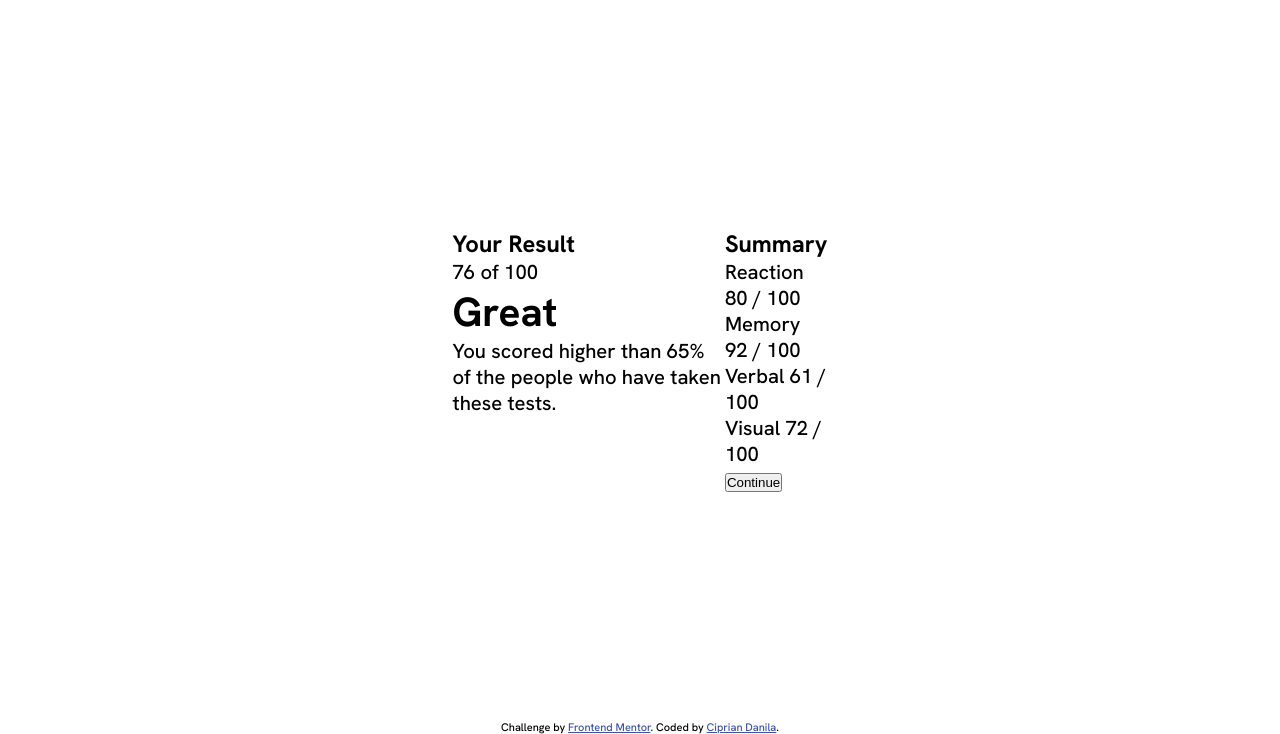
Repository: cipdanila/results-summary-component
Page: index.html
An editor plug-in stored every save of this project. The page is shown before and after the next save, followed by the edit.
The browser window is 1280 px wide. The pictures show the whole page.

Above is the page before, as saved 2024-02-01 20:21:04.

### index.html
<!DOCTYPE html>
<html lang="en">
    <head>
        <meta charset="UTF-8" />
        <meta name="viewport" content="width=device-width, initial-scale=1.0" />
        <!-- displays site properly based on user's device -->

        <link rel="icon" type="image/png" sizes="32x32" href="./assets/images/favicon-32x32.png" />
        <link rel="stylesheet" href="styles.css" />
        <title>Frontend Mentor | Results summary component</title>
    </head>
    <body>
        <main>
            <div class="card">
                <div class="result">
                    <h3>Your Result</h3>
                    <div class="score">76 of 100</div>
                    <h1>Great</h1>
                    <p>You scored higher than 65% of the people who have taken these tests.</p>
                </div>
                <div class="summary">
                    <h3>Summary</h3>
                    <div class="reaction">Reaction 80 / 100</div>
                    <div class="memory">Memory 92 / 100</div>
                    <div class="verbal">Verbal 61 / 100</div>
                    <div class="visual">Visual 72 / 100</div>
                    <button class="continue" type="button">Continue</button>
                </div>
            </div>
        </main>

        <footer>
            <div class="attribution">
                Challenge by
                <a
                    href="https://www.frontendmentor.io/challenges/results-summary-component-CE_K6s0maV/hub"
                    target="_blank"
                    rel="noopener noreferer"
                    >Frontend Mentor</a
                >. Coded by <a href="https://github.com/cipdanila" target="_blank" rel="noopener noreferer">Ciprian Danila</a>.
            </div>
        </footer>
    </body>
</html>

### styles.css
@import url("https://fonts.googleapis.com/css2?family=Hanken+Grotesk:wght@500;700;800&display=swap");

:root {
    /* Colors */
    /* Primary */
    --light-red: hsl(0, 100%, 67%);
    --orange-yellow: hsl(39, 100%, 56%);
    --green-teal: hsl(166, 100%, 37%);
    --cobalt-blue: hsl(234, 85%, 45%);
    /* Gradients */
    --light-slate-blue: hsl(252, 100%, 67%); /*  (background) */
    --light-royal-blue: hsl(241, 81%, 54%); /* (background) */

    --violet-blue: hsla(256, 72%, 46%, 1); /* (circle) */
    --persian-blue: hsla(241, 72%, 46%, 0); /* (circle) */
    /* Neutral */
    --white: hsl(0, 0%, 100%);
    --pale-blue: hsl(221, 100%, 96%);
    --light-lavender: hsl(241, 100%, 89%);
    --dark-gray-blue: hsl(224, 30%, 27%);
}

*,
*::after,
*::before {
    box-sizing: border-box;
    margin: 0;
    padding: 0;
}

body,
html {
    height: 100%;
    font-family: "Hanken Grotesk", sans-serif;
    font-size: 1.125rem; /* 18px */
    font-weight: 300;
    background-color: var(--white);
}

main {
    display: flex;
    justify-content: center;
    align-items: center;
    height: 100%;
}

.card {
    max-width: 375px;
    width: 30%;
    display: flex;
    margin: 4rem auto;
    background-color: var(--white);
    border-radius: 0.625rem;
}

.attribution {
    font-size: 11px;
    text-align: center;
}
.attribution a {
    color: hsl(228, 45%, 44%);
}

After the next save:
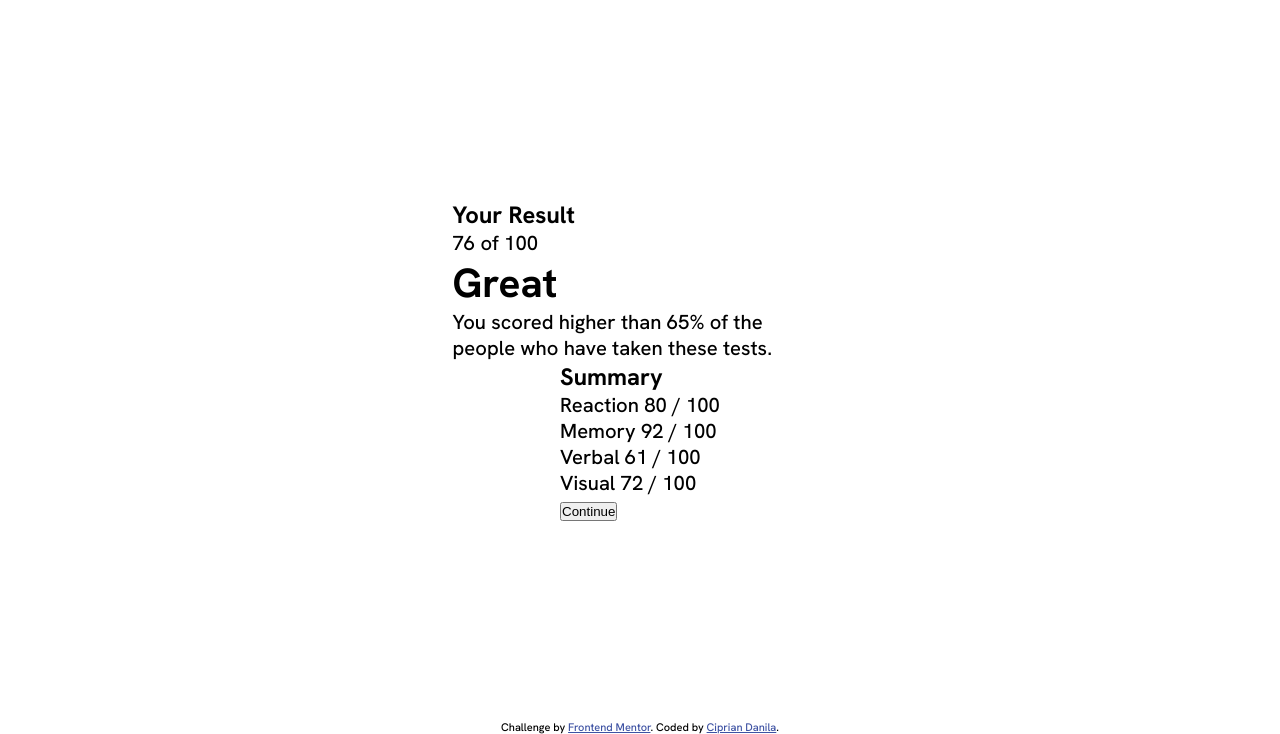
Saved 30 s later.
--- a/styles.css
+++ b/styles.css
@@ -46,11 +46,13 @@
 
 .card {
     max-width: 375px;
-    width: 30%;
+    border-radius: 1rem;
+    box-shadow: 0.5rem 0.5rem rgb(rgb(12, 23, 41));
     display: flex;
-    margin: 4rem auto;
-    background-color: var(--white);
-    border-radius: 0.625rem;
+    flex-direction: column;
+    justify-content: center;
+    align-items: center;
+    background-color: var(--very-dark-blue-card);
 }
 
 .attribution {
